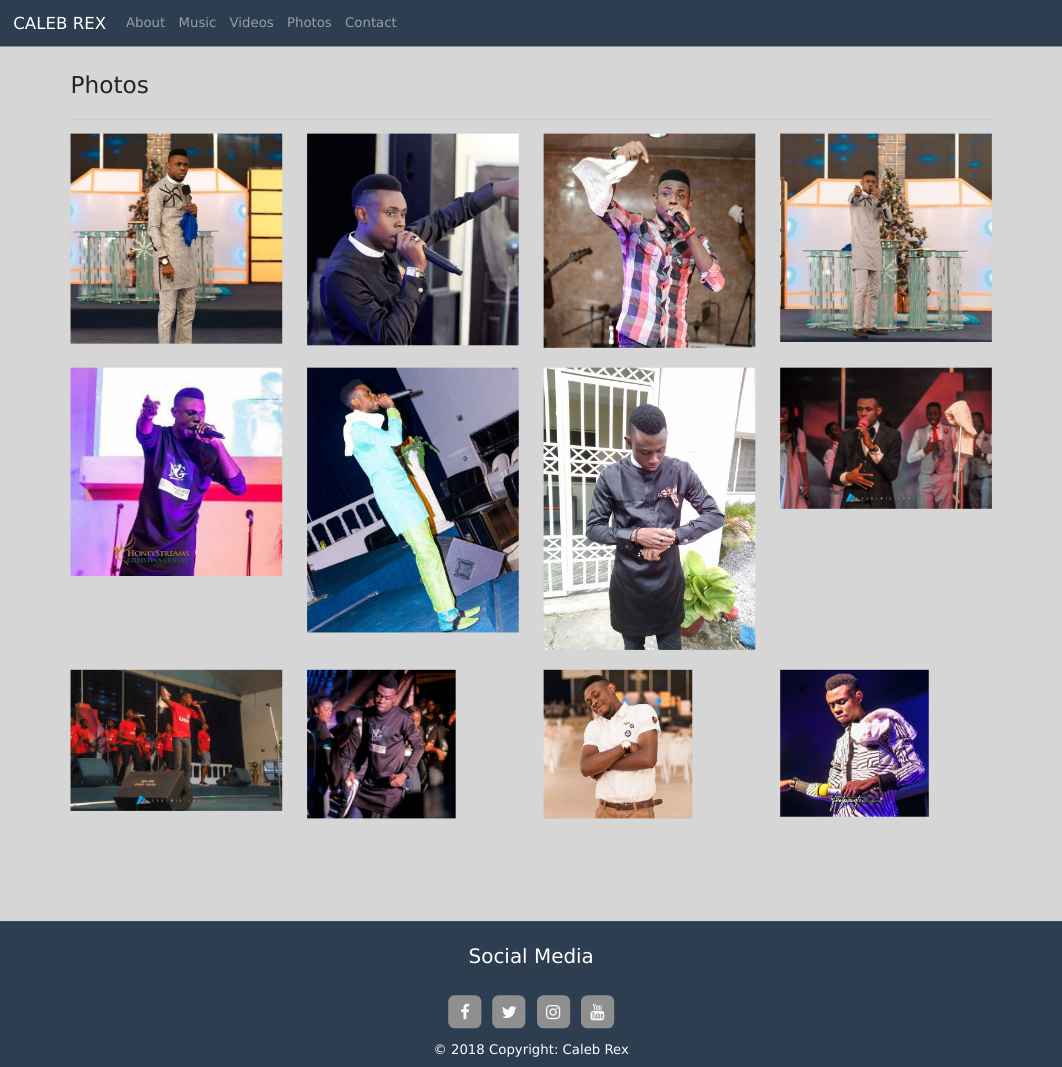
Repository: IchaTreasure/caleb-rex
Page: photos.html
The author's editor kept a record of every edit. The page is drawn from the files as they stood at one moment, then again after the next edit.
The browser window is 1280 px wide. The pictures show the whole page, at 83% of full size.
Some web libraries are served in a nearby version.

Above is the page before.

After the next edit:
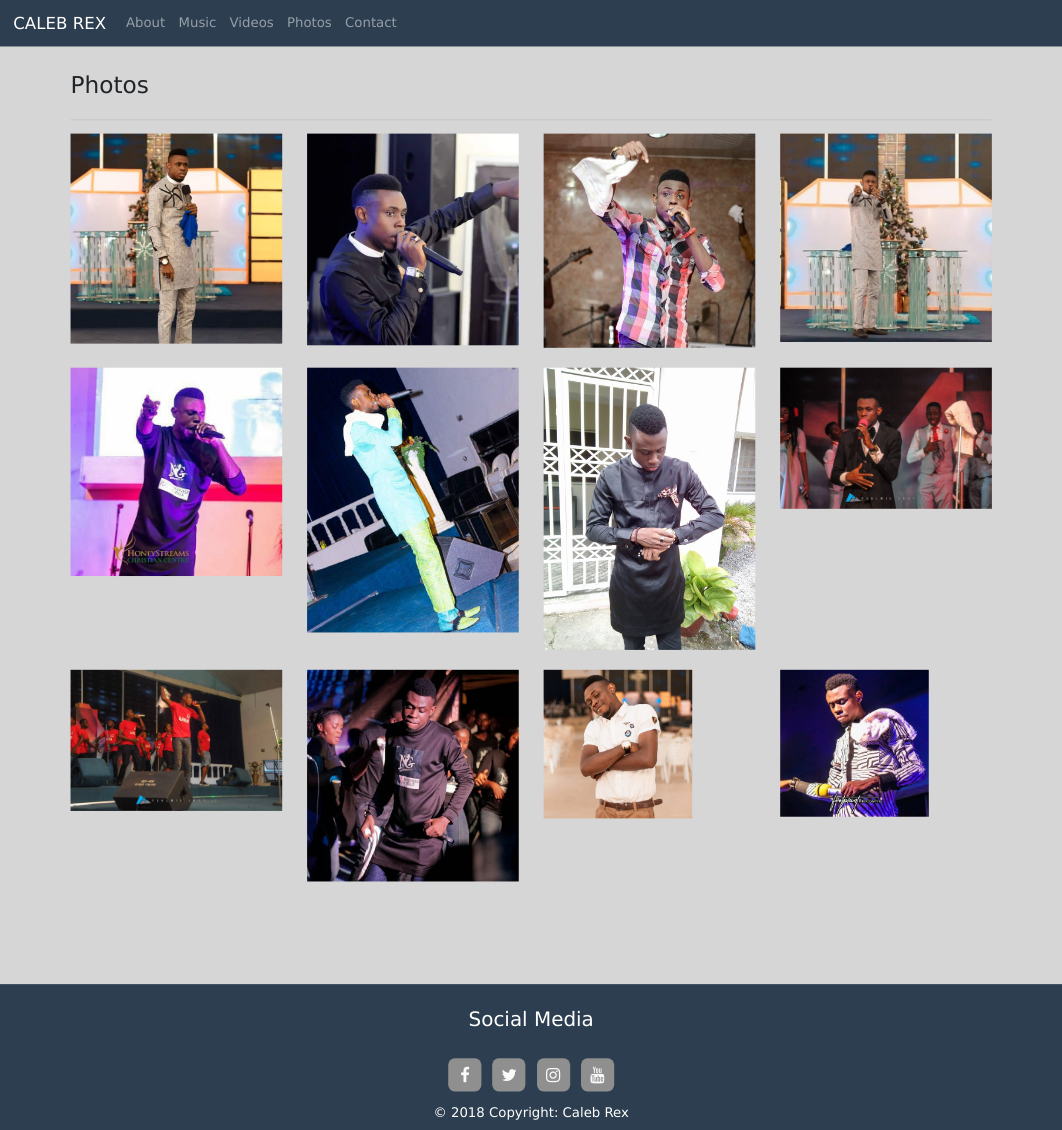
The edit:
--- a/photos.html
+++ b/photos.html
@@ -194,7 +194,7 @@
                 <!-- Modal: Image 10 -->
                 <div class="col-sm-3">
                     <a class="d-block mb-4 h-100">
-            <img class="img-fluid img-hover" src="images/Caleb11.jpg" data-toggle="modal" data-target="#Image11" alt="Caleb 10" style="width: 70%">
+            <img class="img-fluid img-hover" src="images/Caleb11.jpg" data-toggle="modal" data-target="#Image11" alt="Caleb 10" style="width: 100%">
           </a>
                     <!-- Modal Content -->
                     <div class="modal fade" id="Image11" tabindex="-1" role="dialog" aria-hidden="true">
